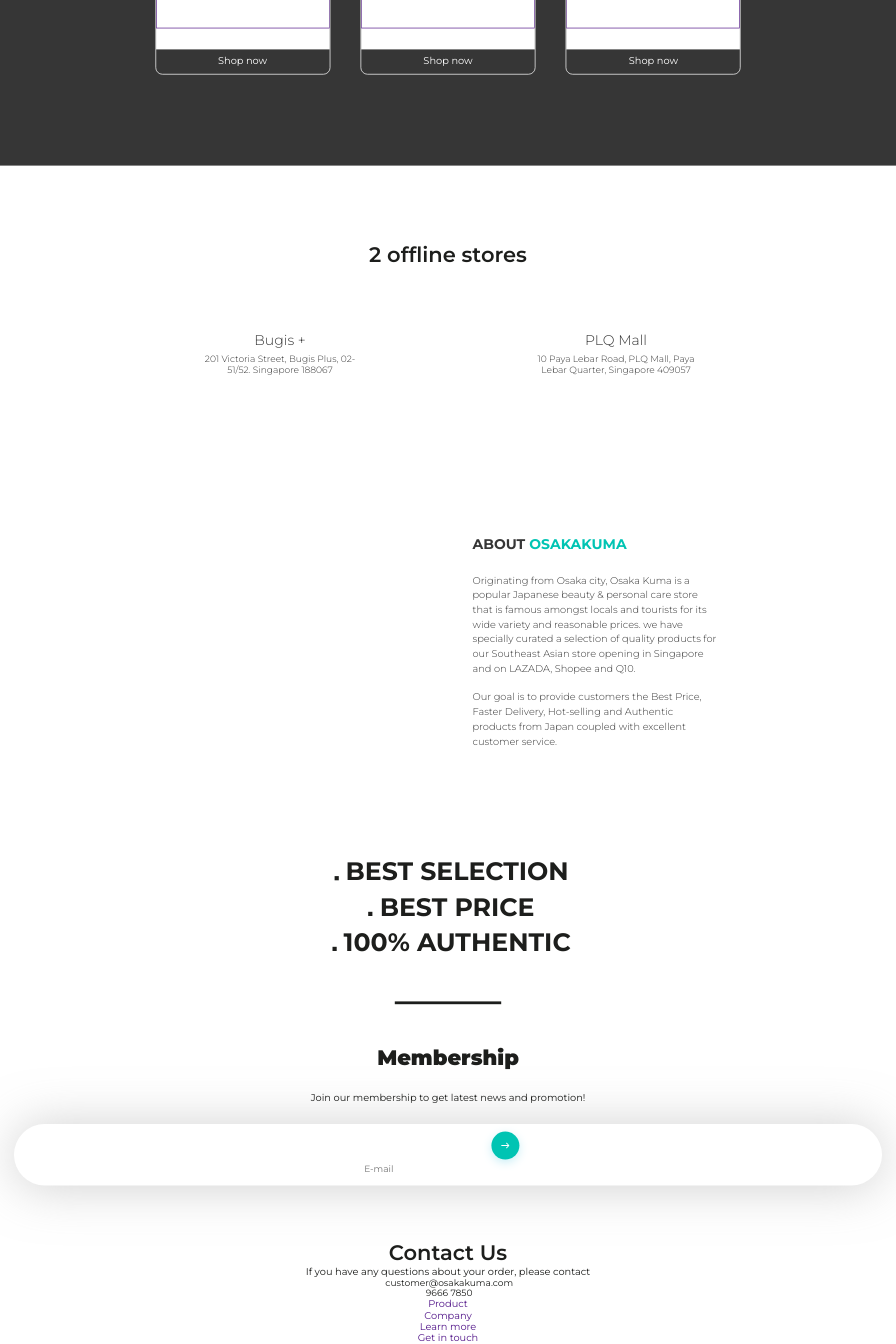
Repository: wendylw/osakakuma-landing
Page: index.html
An editor plug-in stored every save of this project. The page is shown before and after the next save, followed by the edit.
The browser window is 1280 px wide. The pictures show the part of the page from y = 1291 to 3211 px (the page is 3211 px tall before and 3173 px after), at 70% of full size.
The style sheet was rebuilt from its Sass, Less or Tailwind sources for each picture, by a compiler version that may differ from the author's.

Above is the page before, as saved 2021-03-04 03:50:29.

After the next save:
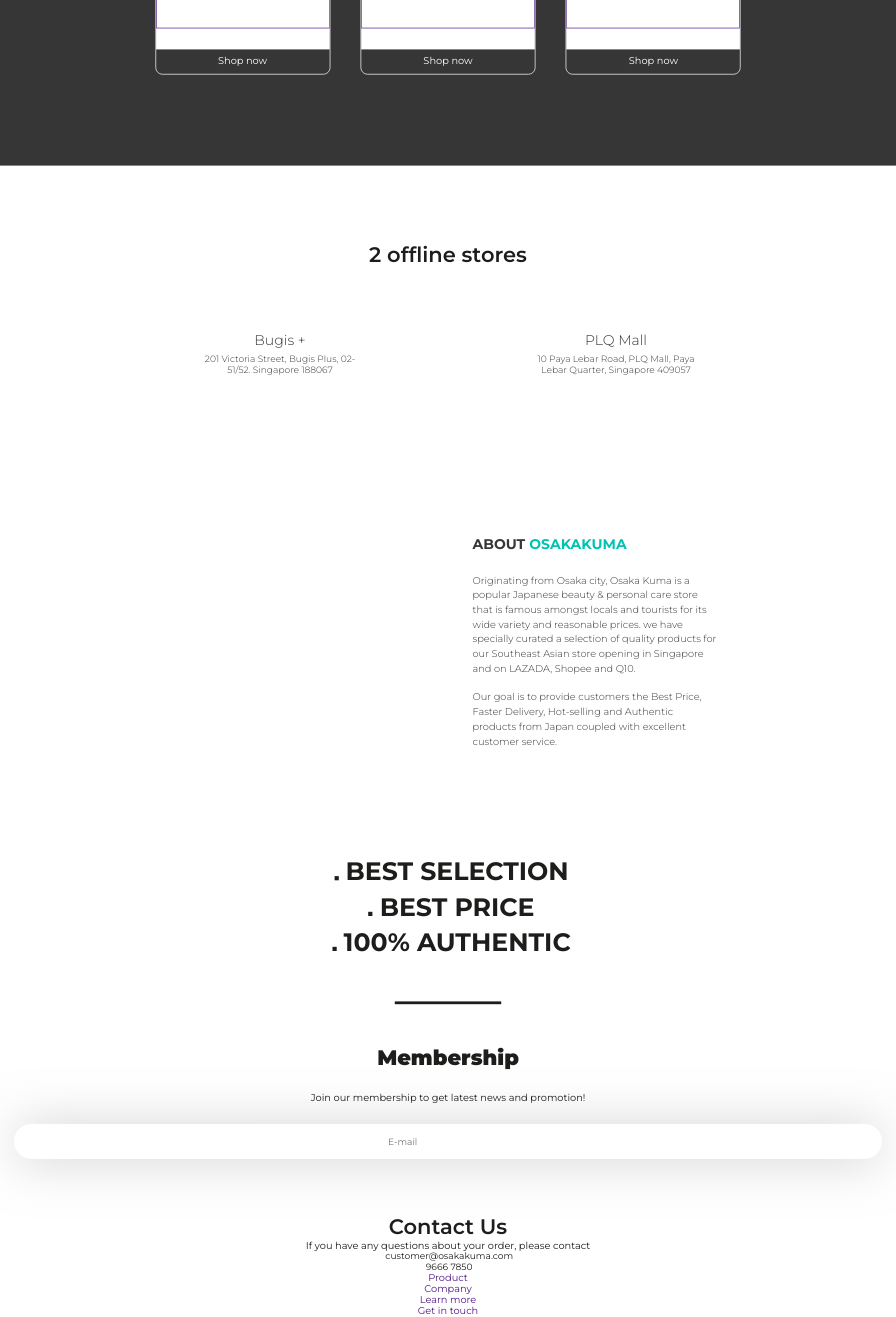
Saved 11 min 41 s later.
--- a/img/icon-contact-us.svg
+++ b/img/icon-contact-us.svg
@@ -1,27 +1,33 @@
-<?xml version="1.0" encoding="UTF-8"?>
-<svg width="68px" height="67px" viewBox="0 0 68 67" version="1.1" xmlns="http://www.w3.org/2000/svg" xmlns:xlink="http://www.w3.org/1999/xlink">
-    <!-- Generator: Sketch 52.5 (67469) - http://www.bohemiancoding.com/sketch -->
-    <title>arrow</title>
-    <desc>Created with Sketch.</desc>
-    <defs>
-        <circle id="path-1" cx="20" cy="20.9247177" r="20"></circle>
-        <filter x="-57.5%" y="-47.5%" width="215.0%" height="215.0%" filterUnits="objectBoundingBox" id="filter-2">
-            <feOffset dx="0" dy="4" in="SourceAlpha" result="shadowOffsetOuter1"></feOffset>
-            <feGaussianBlur stdDeviation="7" in="shadowOffsetOuter1" result="shadowBlurOuter1"></feGaussianBlur>
-            <feColorMatrix values="0 0 0 0 0.298039216   0 0 0 0 0.729411765   0 0 0 0 0.847058824  0 0 0 0.5 0" type="matrix" in="shadowBlurOuter1"></feColorMatrix>
-        </filter>
-    </defs>
-    <g id="Page-1" stroke="none" stroke-width="1" fill="none" fill-rule="evenodd">
-        <g id="osakakuma_website" transform="translate(-986.000000, -4561.000000)">
-            <g id="Group-10" transform="translate(380.000000, 4561.000000)">
-                <g id="arrow" transform="translate(620.000000, 9.000000)">
-                    <g id="Oval-2">
-                        <use fill="black" fill-opacity="1" filter="url(#filter-2)" xlink:href="#path-1"></use>
-                        <use fill="#00C4B3" fill-rule="evenodd" xlink:href="#path-1"></use>
-                    </g>
-                    <path d="M14.601222,21.4900945 L23.5657841,21.4900945 L21.2195519,23.8363267 C20.9849287,24.0709499 20.9849287,24.4473246 21.2195519,24.6819478 C21.3368635,24.7992594 21.488391,24.8579152 21.6448065,24.8579152 C21.801222,24.8579152 21.9527495,24.7992594 22.0700611,24.6819478 L25.4378819,21.3141271 C25.6725051,21.0795038 25.6725051,20.7031291 25.4378819,20.4685059 L22.0700611,17.1006851 C21.8354379,16.8660619 21.4590631,16.8660619 21.2244399,17.1006851 C20.9898167,17.3353083 20.9898167,17.7116831 21.2244399,17.9463063 L23.5706721,20.2925385 L14.601222,20.2925385 C14.2688391,20.2925385 14,20.5613776 14,20.8937605 C14,21.2261434 14.2688391,21.4900945 14.601222,21.4900945 Z" id="Path" fill="#FFFFFF" fill-rule="nonzero"></path>
-                </g>
-            </g>
-        </g>
-    </g>
+<?xml version="1.0" encoding="utf-8"?>
+<!-- Generator: Adobe Illustrator 22.0.1, SVG Export Plug-In . SVG Version: 6.00 Build 0)  -->
+<svg version="1.1" id="Layer_1" xmlns="http://www.w3.org/2000/svg" xmlns:xlink="http://www.w3.org/1999/xlink" x="0px" y="0px"
+	 viewBox="0 0 48 48" enable-background="new 0 0 48 48" xml:space="preserve">
+<filter  filterUnits="objectBoundingBox" height="215.0%" id="filter-2" width="215.0%" x="-57.5%" y="-47.5%">
+	<feOffset  dx="0" dy="4" in="SourceAlpha" result="shadowOffsetOuter1"></feOffset>
+	<feGaussianBlur  in="shadowOffsetOuter1" result="shadowBlurOuter1" stdDeviation="7"></feGaussianBlur>
+
+		<feColorMatrix  in="shadowBlurOuter1" type="matrix" values="0 0 0 0 0.298039216   0 0 0 0 0.729411765   0 0 0 0 0.847058824  0 0 0 0.5 0">
+		</feColorMatrix>
+</filter>
+<title>arrow</title>
+<desc>Created with Sketch.</desc>
+<g id="Page-1">
+	<g id="osakakuma_website" transform="translate(-986.000000, -4561.000000)">
+		<g id="Group-10" transform="translate(380.000000, 4561.000000)">
+			<g id="arrow" transform="translate(620.000000, 9.000000)">
+				<g id="Oval-2">
+					<g filter="url(#filter-2)">
+						<circle id="path-1_4_" cx="10" cy="14" r="20"/>
+					</g>
+					<g>
+						<circle id="path-1_1_" fill="#00C4B3" cx="10" cy="14" r="20"/>
+					</g>
+				</g>
+				<path id="Path" fill="#FFFFFF" d="M4.6,14.6h9l-2.3,2.3c-0.2,0.2-0.2,0.6,0,0.8c0.1,0.1,0.3,0.2,0.4,0.2c0.2,0,0.3-0.1,0.4-0.2
+					l3.4-3.4c0.2-0.2,0.2-0.6,0-0.8l-3.4-3.4c-0.2-0.2-0.6-0.2-0.8,0s-0.2,0.6,0,0.8l2.3,2.3h-9C4.3,13.4,4,13.6,4,14
+					S4.3,14.6,4.6,14.6z"/>
+			</g>
+		</g>
+	</g>
+</g>
 </svg>

After the save that followed:
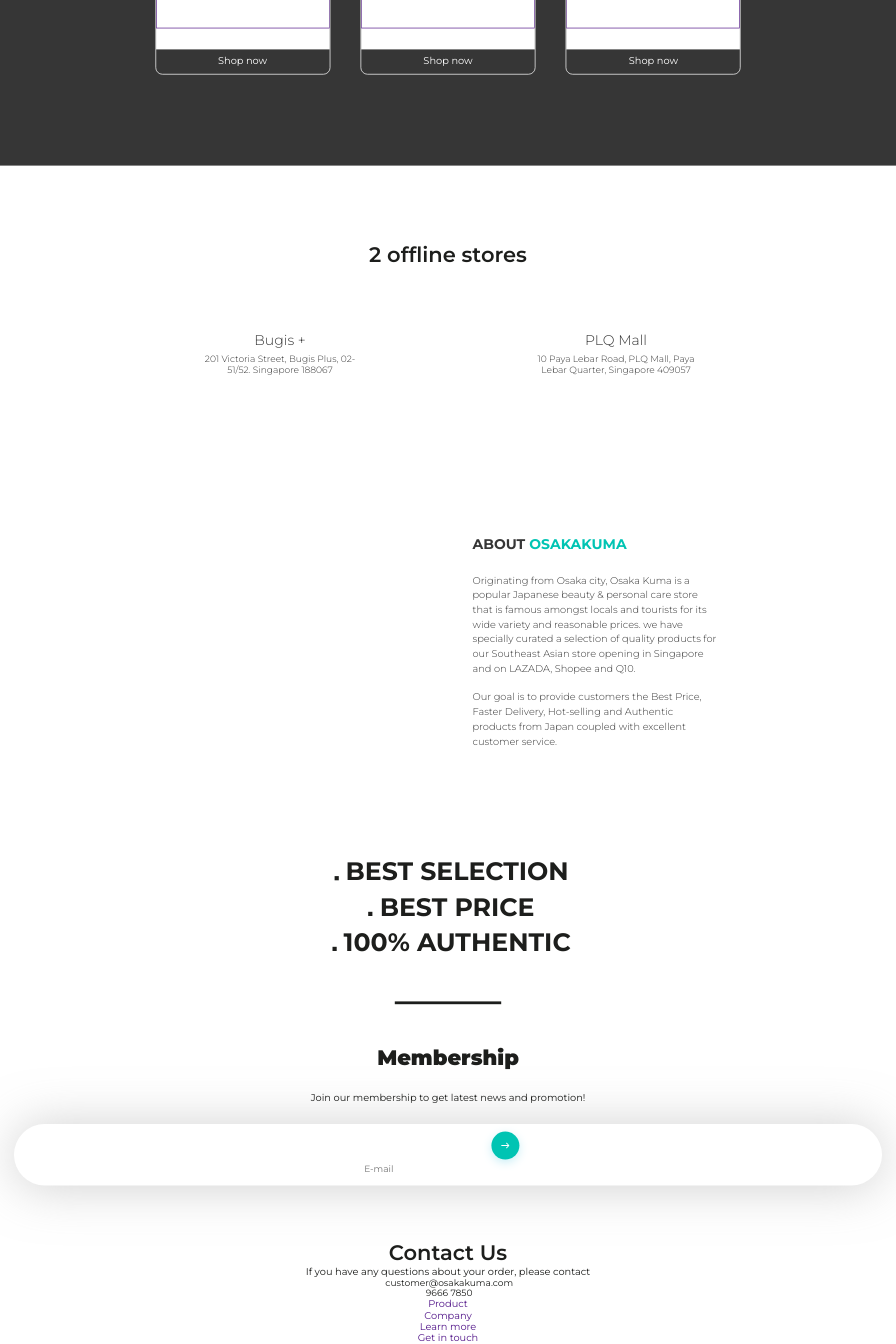
Saved 13 s later.
--- a/img/icon-contact-us.svg
+++ b/img/icon-contact-us.svg
@@ -1,33 +1,27 @@
-<?xml version="1.0" encoding="utf-8"?>
-<!-- Generator: Adobe Illustrator 22.0.1, SVG Export Plug-In . SVG Version: 6.00 Build 0)  -->
-<svg version="1.1" id="Layer_1" xmlns="http://www.w3.org/2000/svg" xmlns:xlink="http://www.w3.org/1999/xlink" x="0px" y="0px"
-	 viewBox="0 0 48 48" enable-background="new 0 0 48 48" xml:space="preserve">
-<filter  filterUnits="objectBoundingBox" height="215.0%" id="filter-2" width="215.0%" x="-57.5%" y="-47.5%">
-	<feOffset  dx="0" dy="4" in="SourceAlpha" result="shadowOffsetOuter1"></feOffset>
-	<feGaussianBlur  in="shadowOffsetOuter1" result="shadowBlurOuter1" stdDeviation="7"></feGaussianBlur>
-
-		<feColorMatrix  in="shadowBlurOuter1" type="matrix" values="0 0 0 0 0.298039216   0 0 0 0 0.729411765   0 0 0 0 0.847058824  0 0 0 0.5 0">
-		</feColorMatrix>
-</filter>
-<title>arrow</title>
-<desc>Created with Sketch.</desc>
-<g id="Page-1">
-	<g id="osakakuma_website" transform="translate(-986.000000, -4561.000000)">
-		<g id="Group-10" transform="translate(380.000000, 4561.000000)">
-			<g id="arrow" transform="translate(620.000000, 9.000000)">
-				<g id="Oval-2">
-					<g filter="url(#filter-2)">
-						<circle id="path-1_4_" cx="10" cy="14" r="20"/>
-					</g>
-					<g>
-						<circle id="path-1_1_" fill="#00C4B3" cx="10" cy="14" r="20"/>
-					</g>
-				</g>
-				<path id="Path" fill="#FFFFFF" d="M4.6,14.6h9l-2.3,2.3c-0.2,0.2-0.2,0.6,0,0.8c0.1,0.1,0.3,0.2,0.4,0.2c0.2,0,0.3-0.1,0.4-0.2
-					l3.4-3.4c0.2-0.2,0.2-0.6,0-0.8l-3.4-3.4c-0.2-0.2-0.6-0.2-0.8,0s-0.2,0.6,0,0.8l2.3,2.3h-9C4.3,13.4,4,13.6,4,14
-					S4.3,14.6,4.6,14.6z"/>
-			</g>
-		</g>
-	</g>
-</g>
+<?xml version="1.0" encoding="UTF-8"?>
+<svg width="68px" height="67px" viewBox="0 0 68 67" version="1.1" xmlns="http://www.w3.org/2000/svg" xmlns:xlink="http://www.w3.org/1999/xlink">
+    <!-- Generator: Sketch 52.5 (67469) - http://www.bohemiancoding.com/sketch -->
+    <title>arrow</title>
+    <desc>Created with Sketch.</desc>
+    <defs>
+        <circle id="path-1" cx="20" cy="20.9247177" r="20"></circle>
+        <filter x="-57.5%" y="-47.5%" width="215.0%" height="215.0%" filterUnits="objectBoundingBox" id="filter-2">
+            <feOffset dx="0" dy="4" in="SourceAlpha" result="shadowOffsetOuter1"></feOffset>
+            <feGaussianBlur stdDeviation="7" in="shadowOffsetOuter1" result="shadowBlurOuter1"></feGaussianBlur>
+            <feColorMatrix values="0 0 0 0 0.298039216   0 0 0 0 0.729411765   0 0 0 0 0.847058824  0 0 0 0.5 0" type="matrix" in="shadowBlurOuter1"></feColorMatrix>
+        </filter>
+    </defs>
+    <g id="Page-1" stroke="none" stroke-width="1" fill="none" fill-rule="evenodd">
+        <g id="osakakuma_website" transform="translate(-986.000000, -4561.000000)">
+            <g id="Group-10" transform="translate(380.000000, 4561.000000)">
+                <g id="arrow" transform="translate(620.000000, 9.000000)">
+                    <g id="Oval-2">
+                        <use fill="black" fill-opacity="1" filter="url(#filter-2)" xlink:href="#path-1"></use>
+                        <use fill="#00C4B3" fill-rule="evenodd" xlink:href="#path-1"></use>
+                    </g>
+                    <path d="M14.601222,21.4900945 L23.5657841,21.4900945 L21.2195519,23.8363267 C20.9849287,24.0709499 20.9849287,24.4473246 21.2195519,24.6819478 C21.3368635,24.7992594 21.488391,24.8579152 21.6448065,24.8579152 C21.801222,24.8579152 21.9527495,24.7992594 22.0700611,24.6819478 L25.4378819,21.3141271 C25.6725051,21.0795038 25.6725051,20.7031291 25.4378819,20.4685059 L22.0700611,17.1006851 C21.8354379,16.8660619 21.4590631,16.8660619 21.2244399,17.1006851 C20.9898167,17.3353083 20.9898167,17.7116831 21.2244399,17.9463063 L23.5706721,20.2925385 L14.601222,20.2925385 C14.2688391,20.2925385 14,20.5613776 14,20.8937605 C14,21.2261434 14.2688391,21.4900945 14.601222,21.4900945 Z" id="Path" fill="#FFFFFF" fill-rule="nonzero"></path>
+                </g>
+            </g>
+        </g>
+    </g>
 </svg>
